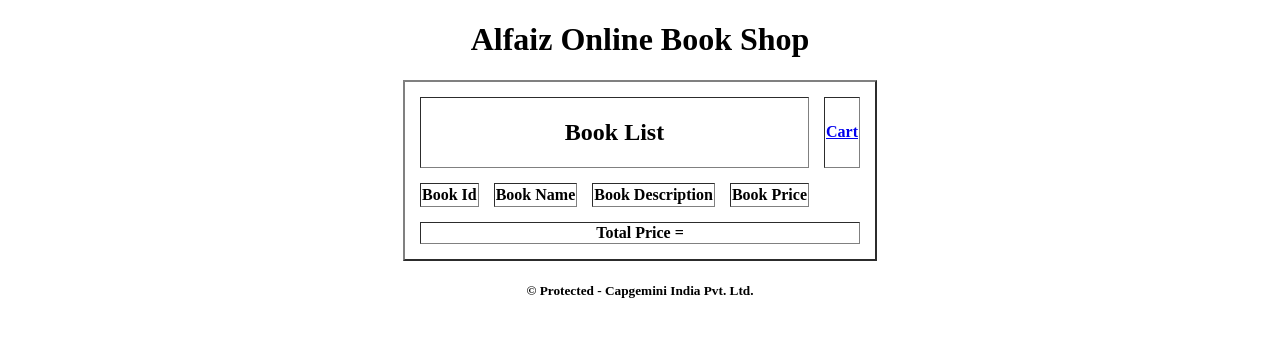
Repository: Rccalfa123/OnlineShopingCart
Page: http://localhost/OnlineBookShopping_Servlet-JSP/home.jsp
These files come from the project's save history. The page is drawn as it stood at one moment and after the next save; the edit follows.
The browser window is 1280 px wide. The pictures show the whole page.
The page is served by Tomcat 9.

Above is the page before, as saved 2018-08-09 13:23:24.

After the next save:
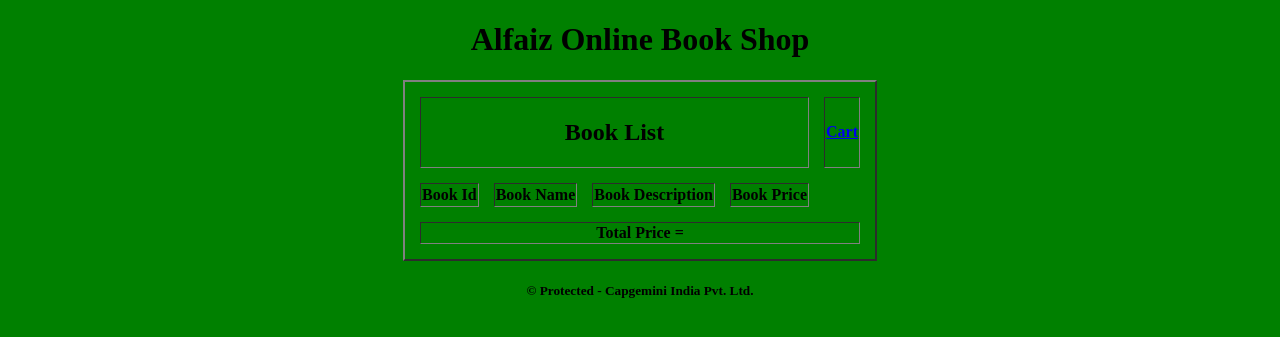
Saved 20 s later.
--- a/OnlineBookShopping_Servlet-JSP/WebContent/home.jsp
+++ b/OnlineBookShopping_Servlet-JSP/WebContent/home.jsp
@@ -6,7 +6,7 @@
 <head>
 <style type="text/css">
 
-<body {
+body {
 	background-color: green;
 }
 
